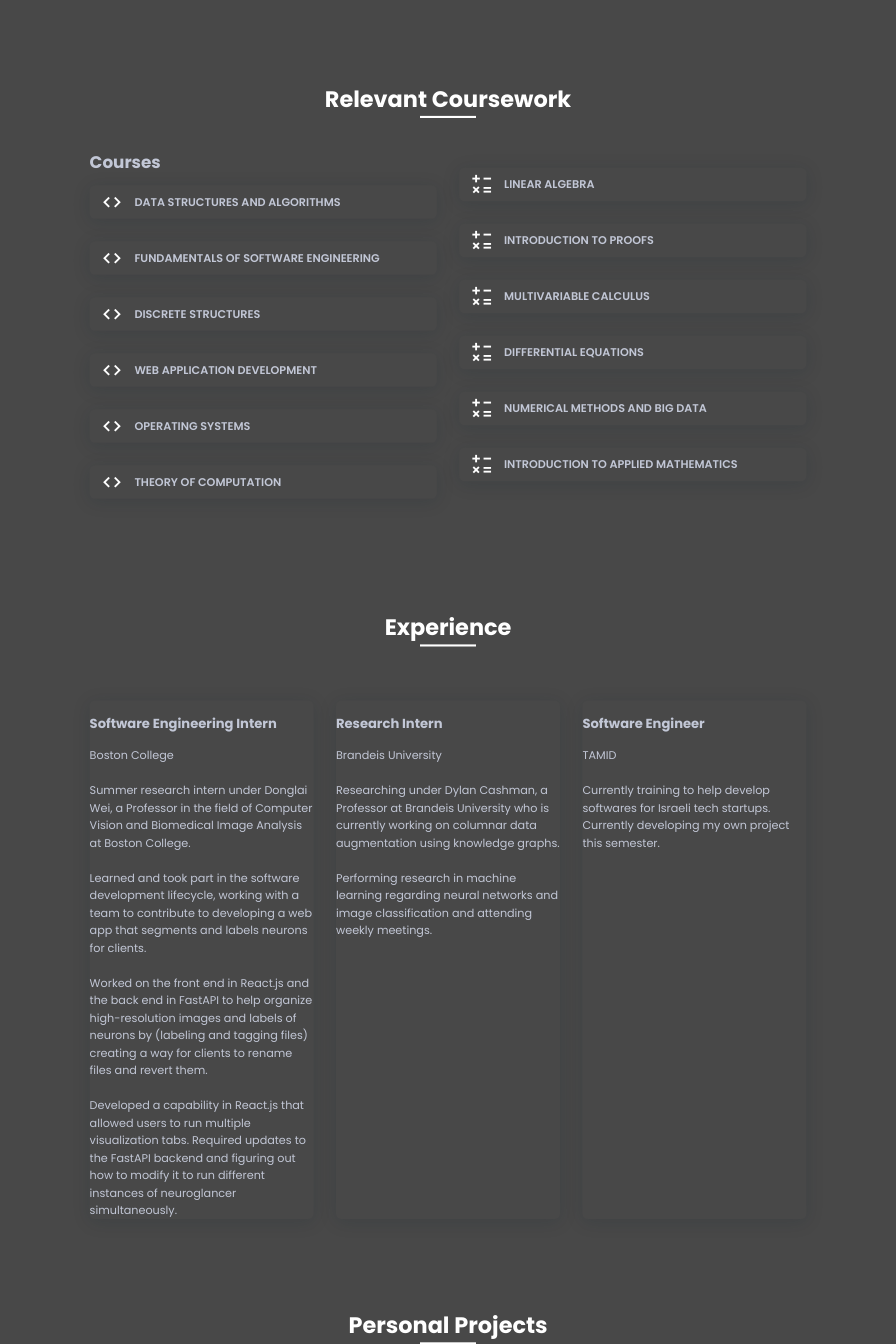
Repository: joshliu14/joshliu14.github.io
Page: index.html
These files come from the project's save history. The page is drawn as it stood at one moment and after the next save; the edit follows.
The browser window is 1280 px wide. The pictures show the part of the page from y = 2011 to 3931 px (the page is 5375 px tall before and 5457 px after), at 70% of full size.

Above is the page before, as saved 2024-02-01 03:19:17.

### index.html
<!DOCTYPE html>
<html lang="en">
  <head>
    <meta charset="UTF-8" />
    <meta name="viewport" content="width=device-width, initial-scale=1.0" />
    <link rel="icon" href="assets/icons/favicon.ico" type="image/x-icon"/>
    <link rel="stylesheet" href="assets/css/web.css" />

    <!-- =====BOX ICONS===== -->
    <link
      href="https://unpkg.com/boxicons@2.1.4/css/boxicons.min.css"
      rel="stylesheet"
    />

    <title>Joshua Liu</title>
  </head>
  <body>
    <!--===== HEADER =====-->
    <header class="l-header">
      <nav class="nav bd-grid">
        <div>
          <a href="#" class="nav__logo">Joshua Liu</a>
        </div>

        <div class="nav__menu" id="nav-menu">
          <ul class="nav__list">
            <li class="nav__item">
              <a href="#home" class="nav__link active-link">Home</a>
            </li>
            <li class="nav__item">
              <a href="#about" class="nav__link">About</a>
            </li>
            <li class="nav__item">
              <a href="#skills" class="nav__link">Skills</a>
            </li>
            <li class="nav__item">
              <a href="#coursework" class="nav__link">Coursework</a>
            </li>
            <li class="nav__item">
              <a href="#work" class="nav__link">Experience</a>
            </li>
            <li class="nav__item">
              <a href="#projects" class="nav__link">Projects</a>
            </li>
            <li class="nav__item">
              <a href="#contact" class="nav__link">Info</a>
            </li>
          </ul>
        </div>

        <div class="nav__toggle" id="nav-toggle">
          <i class="bx bx-menu"></i>
        </div>
      </nav>
    </header>

    <main class="l-main">
      <!--===== HOME =====-->
      <section class="home bd-grid" id="home">
        <div class="home__data">
          <h1 class="home__title">
            Hi,<br />I'm <span class="home__title-color">Josh</span><br />
          </h1>

          <a href="resume.pdf" class="button">Resume</a>
        </div>

        <div class="home__social">
          <a
            href="https://www.linkedin.com/in/joshua-liu-727847208/"
            class="home__social-icon"
            ><i class="bx bxl-linkedin"></i
          ></a>
          <a href="https://github.com/joshliu14" class="home__social-icon"
            ><i class="bx bxl-github"></i
          ></a>
          <a href="https://leetcode.com/joshliu_/" class="home__social-icon"
            ><i class="bx bx-code-alt"></i
          ></a>
        </div>

        <div class="home__img">
          <svg
            class="home__blob"
            viewBox="0 0 479 467"
            xmlns="http://www.w3.org/2000/svg"
            xmlns:xlink="http://www.w3.org/1999/xlink"
          >
            <mask id="mask0" mask-type="alpha">
              <path
                d="M9.19024 145.964C34.0253 76.5814 114.865 54.7299 184.111 29.4823C245.804 6.98884 311.86 -14.9503 370.735 14.143C431.207 44.026 467.948 107.508 477.191 174.311C485.897 237.229 454.931 294.377 416.506 344.954C373.74 401.245 326.068 462.801 255.442 466.189C179.416 469.835 111.552 422.137 65.1576 361.805C17.4835 299.81 -17.1617 219.583 9.19024 145.964Z"
              />
            </mask>
            <g mask="url(#mask0)">
              <path
                d="M9.19024 145.964C34.0253 76.5814 114.865 54.7299 184.111 29.4823C245.804 6.98884 311.86 -14.9503 370.735 14.143C431.207 44.026 467.948 107.508 477.191 174.311C485.897 237.229 454.931 294.377 416.506 344.954C373.74 401.245 326.068 462.801 255.442 466.189C179.416 469.835 111.552 422.137 65.1576 361.805C17.4835 299.81 -17.1617 219.583 9.19024 145.964Z"
              />
              <image
                class="home__blob-img"
                x="30"
                y="65"
                href="assets/img/profile.png"
              />
            </g>
          </svg>
        </div>
      </section>

      <!--===== ABOUT =====-->
      <section class="about section" id="about">
        <h2 class="section-title">About</h2>

        <div class="about__container bd-grid">
          <div class="about__img">
            <img src="assets/img/about.png" alt="" />
          </div>

          <div>
            <h2 class="about__subtitle">I'm Josh Liu</h2>
            <p class="about__text">
              I am currently a sophomore at Brandeis University pursuing a
              degree in Computer Science and Applied Mathematics. I am eager to
              contribute my programming skills to real-world scenarios, and I am
              actively seeking software engineering internship opportunities. My
              goal is to enhance my knowledge, apply theoretical concepts in
              practical settings, and contribute meaningfully to innovative
              projects.
            </p>
          </div>
        </div>
      </section>

      <!--===== SKILLS =====-->
      <section class="skills section" id="skills">
        <h2 class="section-title">Skills</h2>

        <div class="skills__container bd-grid">
          <div>
            <h2 class="skills__subtitle">Related Skills</h2>
            <p class="skills__text">
                I have experience with the following programming languages and
                frameworks. I am also familiar with software such as Git and
                Firebase. I am always eager to learn new technologies, languages,
                and frameworks to expand my skillset.
            </p>
            <div class="skills__data">
              <div class="skills__names">
                <i class="bx bxl-java skills__icon"></i>
                <span class="skills__name">JAVA</span>
              </div>
            </div>
            <div class="skills__data">
              <div class="skills__names">
                <i class="bx bxl-javascript skills__icon"></i>
                <span class="skills__name">JAVASCRIPT</span>
              </div>
            </div>
            <div class="skills__data">
              <div class="skills__names">
                <i class="bx bxl-python skills__icon"></i>
                <span class="skills__name">PYTHON</span>
              </div>
            </div>
            <div class="skills__data">
              <div class="skills__names">
                <i class="bx bxl-c-plus-plus skills__icon"></i>
                <span class="skills__name">C++</span>
              </div>
            </div>
            <div class="skills__data">
              <div class="skills__names">
                <i class="bx bxl-html5 skills__icon"></i>
                <span class="skills__name">HTML</span>
              </div>
            </div>
            <div class="skills__data">
              <div class="skills__names">
                <i class="bx bxl-css3 skills__icon"></i>
                <span class="skills__name">CSS</span>
              </div>
            </div>
          </div>
          <div>
            <div class="skills__data">
              <div class="skills__names">
                <i class="bx bx-code-block skills__icon"></i>
                <span class="skills__name">BASH</span>
              </div>
            </div>
            <div class="skills__data">
              <div class="skills__names">
                <i class="bx bxl-react skills__icon"></i>
                <span class="skills__name">REACT.JS</span>
              </div>
            </div>
            <div class="skills__data">
              <div class="skills__names">
                <i class="bx bxl-firebase skills__icon"></i>
                <span class="skills__name">FIREBASE</span>
              </div>
            </div>
            <div class="skills__data">
              <div class="skills__names">
                <i class="bx bxl-mongodb skills__icon"></i>
                <span class="skills__name">MONGODB</span>
              </div>
            </div>
            <div class="skills__data">
              <div class="skills__names">
                <i class="bx bxs-zap skills__icon"></i>
                <span class="skills__name">FASTAPI</span>
              </div>
            </div>
            <div class="skills__data">
              <div class="skills__names">
                <i class="bx bxl-redux skills__icon"></i>
                <span class="skills__name">REDUX</span>
              </div>
            </div>
            <div class="skills__data">
              <div class="skills__names">
                <i class="bx bxl-nodejs skills__icon"></i>
                <span class="skills__name">NODE</span>
              </div>
            </div>
            <div class="skills__data">
              <div class="skills__names">
                <i class="bx bxl-git skills__icon"></i>
                <span class="skills__name">GIT</span>
              </div>
            </div>
          </div>
      </section>

      <!--===== Relevant Coursework =====-->
      <section class="skills section" id="coursework">
        <h2 class="section-title">Relevant Coursework</h2>

        <div class="skills__container bd-grid">
          <div>
            <h2 class="skills__subtitle">Courses</h2>
            <div class="skills__data">
              <div class="skills__names">
                <i class="bx bx-code skills__icon"></i>
                <span class="skills__name">DATA STRUCTURES AND ALGORITHMS</span>
              </div>
            </div>
            <div class="skills__data">
              <div class="skills__names">
                <i class="bx bx-code skills__icon"></i>
                <span class="skills__name">FUNDAMENTALS OF SOFTWARE ENGINEERING</span>
              </div>
            </div>
            <div class="skills__data">
              <div class="skills__names">
                <i class="bx bx-code skills__icon"></i>
                <span class="skills__name">DISCRETE STRUCTURES</span>
              </div>
            </div>
            <div class="skills__data">
              <div class="skills__names">
                <i class="bx bx-code skills__icon"></i>
                <span class="skills__name">WEB APPLICATION DEVELOPMENT</span>
              </div>
            </div>
            <div class="skills__data">
              <div class="skills__names">
                <i class="bx bx-code skills__icon"></i>
                <span class="skills__name">OPERATING SYSTEMS</span>
              </div>
            </div>
            <div class="skills__data">
              <div class="skills__names">
                <i class="bx bx-code skills__icon"></i>
                <span class="skills__name">THEORY OF COMPUTATION</span>
              </div>
            </div>
          </div>
          <div>
             <div class="skills__data">
              <div class="skills__names">
                <i class="bx bx-math skills__icon"></i>
                <span class="skills__name">LINEAR ALGEBRA</span>
              </div>
            </div>
            <div class="skills__data">
              <div class="skills__names">
                <i class="bx bx-math skills__icon"></i>
                <span class="skills__name">INTRODUCTION TO PROOFS</span>
              </div>
            </div>
            <div class="skills__data">
              <div class="skills__names">
                <i class="bx bx-math skills__icon"></i>
                <span class="skills__name">MULTIVARIABLE CALCULUS</span>
              </div>
            </div>
            <div class="skills__data">
              <div class="skills__names">
                <i class="bx bx-math skills__icon"></i>
                <span class="skills__name">DIFFERENTIAL EQUATIONS</span>
              </div>
            </div>
            <div class="skills__data">
              <div class="skills__names">
                <i class="bx bx-math skills__icon"></i>
                <span class="skills__name">NUMERICAL METHODS AND BIG DATA</span>
              </div>
            </div>
            <div class="skills__data">
              <div class="skills__names">
                <i class="bx bx-math skills__icon"></i>
                <span class="skills__name">INTRODUCTION TO APPLIED MATHEMATICS</span>
              </div>
            </div>
          </div>
      </section>

      <!--===== Experience =====-->
      <section class="work section" id="work">
        <h2 class="section-title">Experience</h2>

        <div class="work__container bd-grid">
                <div class="work__img">
                <h3 class="work__title">Software Engineering Intern</h3>
                <span class="work__subtitle">Boston College</span>
                <p class="work__description">
                    <br />
                    Summer research intern under Donglai Wei, a Professor in the field of Computer
                    Vision and Biomedical Image Analysis at Boston College.
                    <br />
                    <br />
                    Learned and took part in the software development lifecycle, working with a team to
                    contribute to developing a web app that segments and labels neurons for clients.
                    <br />
                    <br />
                    Worked on the front end in React.js and the back end in FastAPI to help organize high-resolution images
                    and labels of neurons by (labeling and tagging files) creating a way for clients to rename files and revert them.
                    <br />
                    <br />
                    Developed a capability in React.js that allowed users to run multiple visualization tabs. Required updates
                    to the FastAPI backend and figuring out how to modify it to run different instances of neuroglancer simultaneously.
                </p>
                </div>
                <div class="work__img">
                <h3 class="work__title">Research Intern</h3>
                <span class="work__subtitle">Brandeis University</span>
                <p class="work__description">
                    <br />
                    Researching under Dylan Cashman, a Professor at Brandeis University who is currently working on
                    columnar data augmentation using knowledge graphs.
                    <br />
                    <br />
                    Performing research in machine learning regarding neural networks and image classification and attending weekly meetings.
                </p>
                </div>
                <div class="work__img">
                <h3 class="work__title">Software Engineer</h3>
                <span class="work__subtitle">TAMID</span>
                <p class="work__description">
                    <br />
                     Currently training to help develop softwares for
                    Israeli tech startups. Currently developing my own project
                    this semester.
                </p>
                </div>
        </div>
      </section>

       <!--===== Personal Projects =====-->
      <section class="work section" id="projects">
        <h2 class="section-title">Personal Projects</h2>

        <div class="work__container bd-grid">
                <div class="work__img">
                <h3 class="work__title">Brandeis Stdent Alumni Association</h3>
                <span class="work__subtitle">Web Project</span>
                <p class="work__description">
                    <br />
                    Created a mock Brandeis Student Alumni Association website
                    using Express.js and MongoDB.
                    <br />
                    <br />
                    Fully functioning website utilizing the
                    database for storing upcoming events, user authentication, permissions,
                    and a chat feature through socket.io.
                </p>
                </div>
                <div class="work__img">
                <h3 class="work__title">Travel Mug</h3>
                <span class="work__subtitle">Web Project</span>
                <p class="work__description">
                    <br />
                    Lead software engineer for Travel Mug website using Firebase and React.js.
                    <br />
                    <br />
                    Utilized React-Redux, React-Redux-Firebase
                    and more to aloow communication between from and back end.
                    <br />
                    <br />
                    Features include user authentication and personalized preferences.
                    Ability to filter for different cafes based on roast, items sold, location and more.
                </p>
                </div>
                <div class="work__img">
                <h3 class="work__title">Comment Linter</h3>
                <span class="work__subtitle">AI Project</span>
                <p class="work__description">
                    <br />
                    Working to build an AI software that can detect outdated
                    or misleading comments in software code to help developers
                    maintain readability of code, prevent confusion and increase
                    productivity.
                </p>
                </div>
        </div>
      </section>

      <!--===== INFO =====-->
      <section class="contact section" id="contact">
        <h2 class="section-title">Info</h2>
        <p class="contact__input">Joshua Liu</p>
        <p class="contact__input">joshualiu@brandeis.edu</p>
        <p class="contact__input">949-551-8585</p>
        <p class="contact__input">Brandeis University 4.00 GPA</p>
        <p class="contact__input">415 South Street Waltham, MA</p>
      </section>
    </main>

    <!--===== FOOTER =====-->
    <footer class="footer">
      <p class="footer__title">Josh Liu</p>
      <div class="footer__social">
        <a href="https://www.facebook.com/josh.liu.9847" class="footer__icon"
          ><i class="bx bxl-facebook"></i
        ></a>
        <a href="https://www.instagram.com/joshliu_" class="footer__icon"
          ><i class="bx bxl-instagram"></i
        ></a>
        <a href="https://twitter.com/jahliu" class="footer__icon"
          ><i class="bx bxl-twitter"></i
        ></a>
      </div>
      <p class="footer__copy">&#169; Joshua Liu</p>
    </footer>

    <!--===== SCROLL REVEAL =====-->
    <script src="https://unpkg.com/scrollreveal"></script>

    <!--===== MAIN JS =====-->
    <script src="assets/js/main.js"></script>
  </body>
</html>

Loaded but not shown: assets/js/main.js (61 lines, source omitted); assets/css/web.css (479 lines, source omitted)

After the next save:
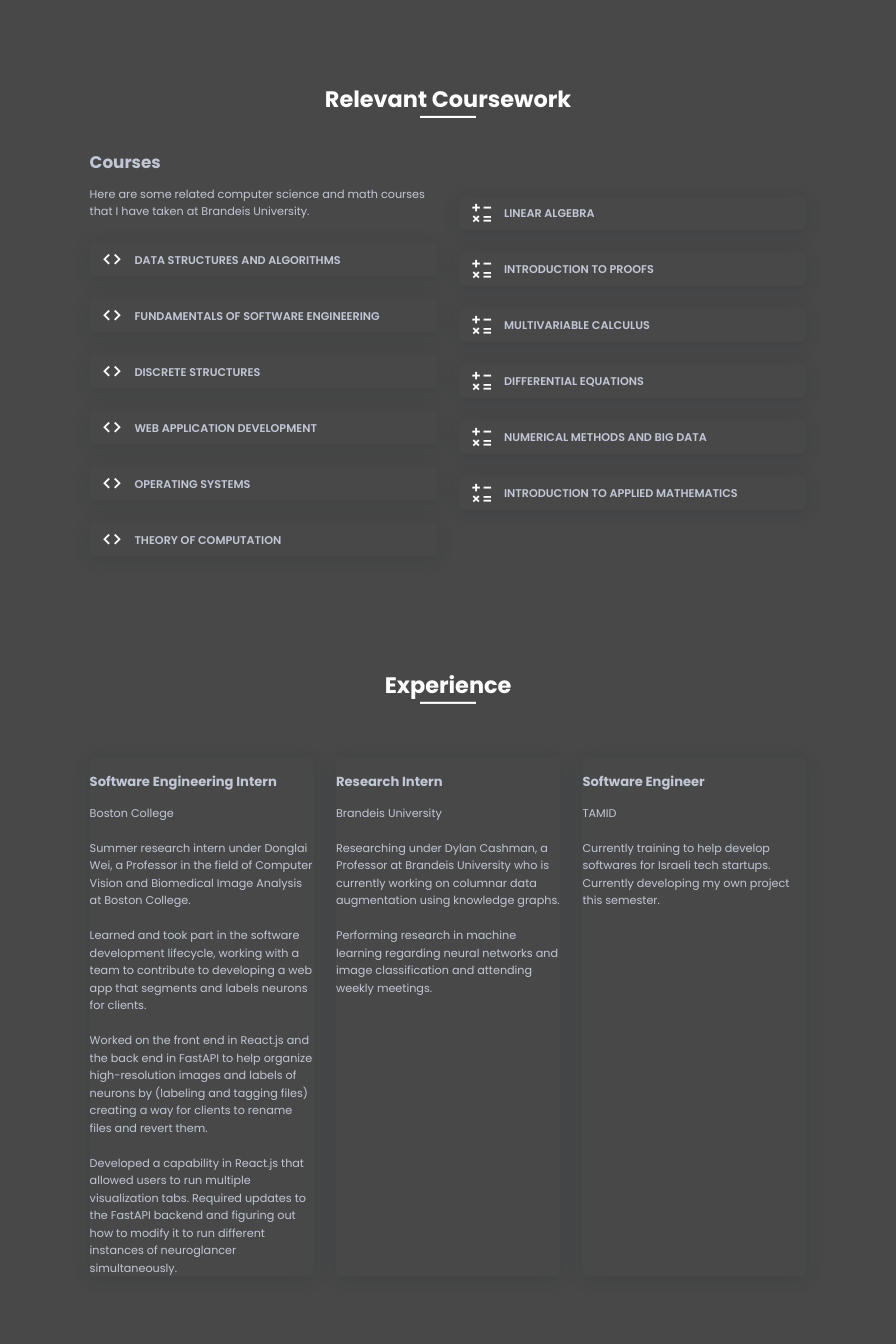
Saved 2 min 28 s later.
--- a/index.html
+++ b/index.html
@@ -239,6 +239,11 @@
         <div class="skills__container bd-grid">
           <div>
             <h2 class="skills__subtitle">Courses</h2>
+           <p class="skills__text">
+                Here are some related computer science and math courses
+                that I have taken at Brandeis University.
+
+            </p>
             <div class="skills__data">
               <div class="skills__names">
                 <i class="bx bx-code skills__icon"></i>
